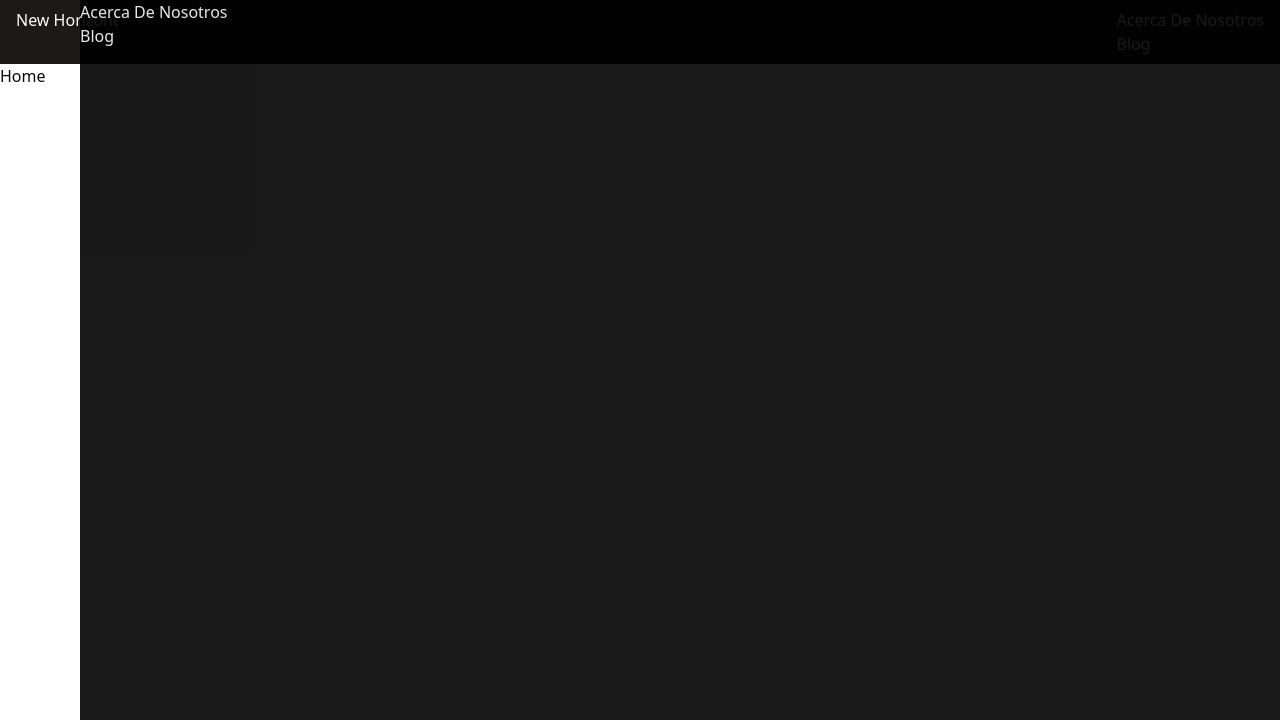
Repository: jefrydep/new-horizont-school
Page: /
The author's editor kept a copy of each file at every save. The page is drawn from the files as they stood at one save, then again after the next save.
The browser window is 1280 px wide. The pictures show the whole page.
The project was rebuilt for these pictures with package versions that can differ from the ones it lists, and the page was loaded fresh each time. The framework's server and built-in components were replaced by stand-ins that run in the browser. Also part of the build but not shown: next.config.ts.

Above is the page before, as saved 2024-11-07 18:15:13.

### src/app/layout.tsx
import type { Metadata } from "next";
import localFont from "next/font/local";
import "./globals.css";
import Navbar from "@/components/Navbar";
import { Button } from "@/components/ui/button";

const geistSans = localFont({
  src: "./fonts/GeistVF.woff",
  variable: "--font-geist-sans",
  weight: "100 900",
});
const geistMono = localFont({
  src: "./fonts/GeistMonoVF.woff",
  variable: "--font-geist-mono",
  weight: "100 900",
});

export const metadata: Metadata = {
  title: "Create Next App",
  description: "Generated by create next app",
};

export default function RootLayout({
  children,
}: Readonly<{
  children: React.ReactNode;
}>) {
  return (
    <html lang="en">
      <body
        className={`   ${geistSans.variable} ${geistMono.variable} antialiased`}
      >
        <Navbar />
        {children}
        <div className=" sm:hidden bg-white border flex justify-center py-3  absolute bottom-0 right-0 left-0">
          <Button className="bg-green-500">
            <span>w</span> Contacto
          </Button>
        </div>
        {/* <div className="absolute bg-red-400 bottom-0 left-1/2 transform -translate-x-1/2 mb-4">
          <Button>Contacto</Button>
        </div> */}
      </body>
    </html>
  );
}

### src/app/(new-horizont-school)/layout.tsx
// import type { Metadata } from "next";
// import localFont from "next/font/local";

import Navbar from "@/components/Navbar";

// const geistSans = localFont({
//   src: "./fonts/GeistVF.woff",
//   variable: "--font-geist-sans",
//   weight: "100 900",
// });
// const geistMono = localFont({
//   src: "./fonts/GeistMonoVF.woff",
//   variable: "--font-geist-mono",
//   weight: "100 900",
// });

// export const metadata: Metadata = {
//   title: "Create Next App",
//   description: "Generated by create next app",
// };

export default function SchoolLayout({
  children,
}: Readonly<{
  children: React.ReactNode;
}>) {
  return (
    <html lang="en">
      <body
      // className={`${geistSans.variable} ${geistMono.variable} antialiased`}
      >
        {children}
      </body>
    </html>
  );
}

### src/app/globals.css
@tailwind base;
@tailwind components;
@tailwind utilities;

/* :root {
  --background: #ffffff;
  --foreground: #171717;
}

@media (prefers-color-scheme: dark) {
  :root {
    --background: #0a0a0a;
    --foreground: #ededed;
  }
}

body {
  color: var(--foreground);
  background: var(--background);
  font-family: Arial, Helvetica, sans-serif;
} */
@layer base {
  :root {
    --background: 0 0% 100%;
    --foreground: 20 14.3% 4.1%;
    --card: 0 0% 100%;
    --card-foreground: 20 14.3% 4.1%;
    --popover: 0 0% 100%;
    --popover-foreground: 20 14.3% 4.1%;
    --primary: 24 9.8% 10%;
    --primary-foreground: 60 9.1% 97.8%;
    --secondary: 60 4.8% 95.9%;
    --secondary-foreground: 24 9.8% 10%;
    --muted: 60 4.8% 95.9%;
    --muted-foreground: 25 5.3% 44.7%;
    --accent: 60 4.8% 95.9%;
    --accent-foreground: 24 9.8% 10%;
    --destructive: 0 84.2% 60.2%;
    --destructive-foreground: 60 9.1% 97.8%;
    --border: 20 5.9% 90%;
    --input: 20 5.9% 90%;
    --ring: 20 14.3% 4.1%;
    --chart-1: 12 76% 61%;
    --chart-2: 173 58% 39%;
    --chart-3: 197 37% 24%;
    --chart-4: 43 74% 66%;
    --chart-5: 27 87% 67%;
    --radius: 0.5rem
  }
  .dark {
    --background: 20 14.3% 4.1%;
    --foreground: 60 9.1% 97.8%;
    --card: 20 14.3% 4.1%;
    --card-foreground: 60 9.1% 97.8%;
    --popover: 20 14.3% 4.1%;
    --popover-foreground: 60 9.1% 97.8%;
    --primary: 60 9.1% 97.8%;
    --primary-foreground: 24 9.8% 10%;
    --secondary: 12 6.5% 15.1%;
    --secondary-foreground: 60 9.1% 97.8%;
    --muted: 12 6.5% 15.1%;
    --muted-foreground: 24 5.4% 63.9%;
    --accent: 12 6.5% 15.1%;
    --accent-foreground: 60 9.1% 97.8%;
    --destructive: 0 62.8% 30.6%;
    --destructive-foreground: 60 9.1% 97.8%;
    --border: 12 6.5% 15.1%;
    --input: 12 6.5% 15.1%;
    --ring: 24 5.7% 82.9%;
    --chart-1: 220 70% 50%;
    --chart-2: 160 60% 45%;
    --chart-3: 30 80% 55%;
    --chart-4: 280 65% 60%;
    --chart-5: 340 75% 55%
  }
}
@layer base {
  * {
    @apply border-border;
  }
  body {
    @apply bg-background text-foreground;
  }
}

### src/components/Navbar.tsx
"use client";
import { Menu, X } from "lucide-react";
import Link from "next/link";

export default function Navbar() {
  return (
    <header className="bg-primary h-16">
      <div className="flex justify-between m-auto      container px-4 py-2  ">
        <div className="text-white">New Horizont</div>
        <nav className="outline-none hidden sm:block list-none">
          <li className="text-secondary">
            <Link href={"/about"}>Acerca De Nosotros</Link>
          </li>
          <li className="text-secondary">
            <Link href={"/blog"}>Blog</Link>
          </li>
        </nav>
        <nav className="outline-none absolute flex flex-col top-0 bottom-0 right-0 left-20  bg-black opacity-90 z-30  list-none">
          <li className="text-white">
            <Link href={"/about"}>Acerca De Nosotros</Link>
          </li>
          <li className="text-white">
            <Link href={"/blog"}>Blog</Link>
          </li>
        </nav>
        <div className="  sm:hidden">
          <Menu color="white" size={45} />
        </div>

        <div className=" z-40  sm:hidden">
          <X color="white" size={45} />
        </div>
        {/* <li className="text-secondary">
            <Link href={"/about"}>About</Link>
          </li> */}
      </div>
    </header>
  );
}

### src/components/ui/button.tsx
import * as React from "react"
import { Slot } from "@radix-ui/react-slot"
import { cva, type VariantProps } from "class-variance-authority"

import { cn } from "@/lib/utils"

const buttonVariants = cva(
  "inline-flex items-center justify-center gap-2 whitespace-nowrap rounded-md text-sm font-medium transition-colors focus-visible:outline-none focus-visible:ring-1 focus-visible:ring-ring disabled:pointer-events-none disabled:opacity-50 [&_svg]:pointer-events-none [&_svg]:size-4 [&_svg]:shrink-0",
  {
    variants: {
      variant: {
        default:
          "bg-primary text-primary-foreground shadow hover:bg-primary/90",
        destructive:
          "bg-destructive text-destructive-foreground shadow-sm hover:bg-destructive/90",
        outline:
          "border border-input bg-background shadow-sm hover:bg-accent hover:text-accent-foreground",
        secondary:
          "bg-secondary text-secondary-foreground shadow-sm hover:bg-secondary/80",
        ghost: "hover:bg-accent hover:text-accent-foreground",
        link: "text-primary underline-offset-4 hover:underline",
      },
      size: {
        default: "h-9 px-4 py-2",
        sm: "h-8 rounded-md px-3 text-xs",
        lg: "h-10 rounded-md px-8",
        icon: "h-9 w-9",
      },
    },
    defaultVariants: {
      variant: "default",
      size: "default",
    },
  }
)

export interface ButtonProps
  extends React.ButtonHTMLAttributes<HTMLButtonElement>,
    VariantProps<typeof buttonVariants> {
  asChild?: boolean
}

const Button = React.forwardRef<HTMLButtonElement, ButtonProps>(
  ({ className, variant, size, asChild = false, ...props }, ref) => {
    const Comp = asChild ? Slot : "button"
    return (
      <Comp
        className={cn(buttonVariants({ variant, size, className }))}
        ref={ref}
        {...props}
      />
    )
  }
)
Button.displayName = "Button"

export { Button, buttonVariants }

Loaded but not shown: src/app/(new-horizont-school)/page.tsx (common file); src/lib/utils.ts (common file); tailwind.config.ts (common file)

After the next save:
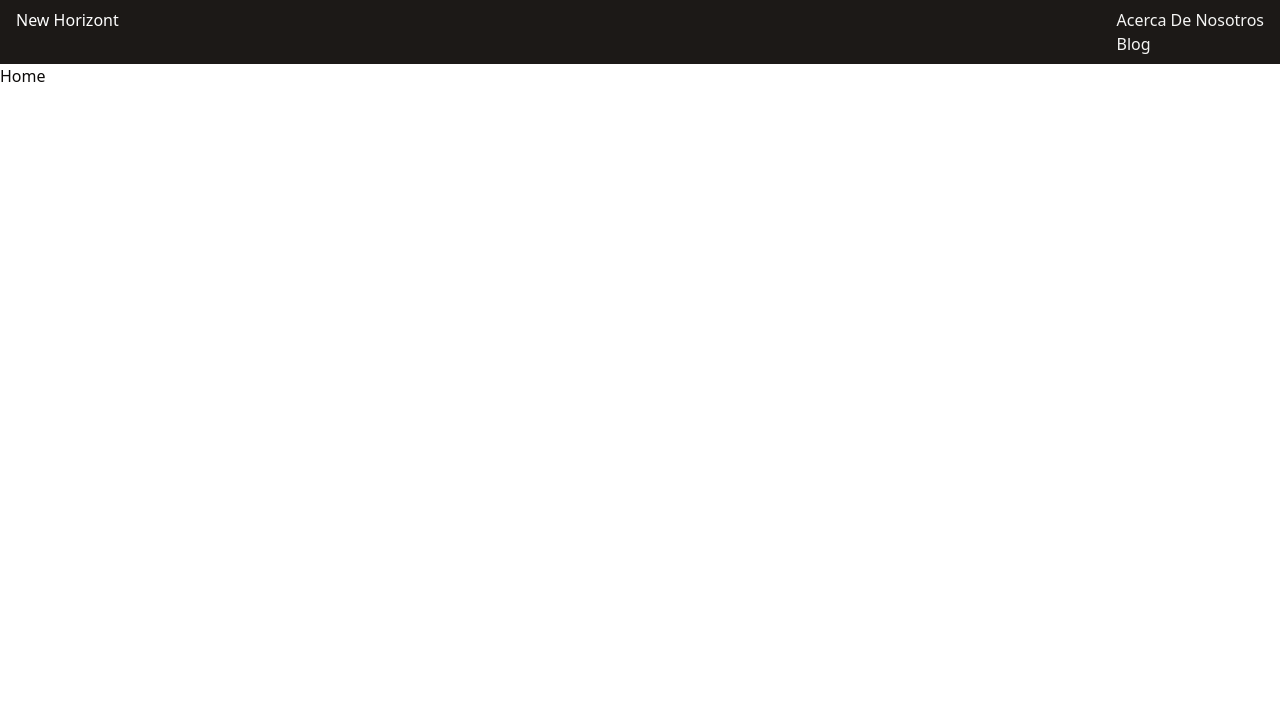
Saved 2 min 14 s later.
--- a/src/components/Navbar.tsx
+++ b/src/components/Navbar.tsx
@@ -1,8 +1,11 @@
 "use client";
 import { Menu, X } from "lucide-react";
 import Link from "next/link";
+import { useState } from "react";
 
 export default function Navbar() {
+  const [isOpen, setIsOpen] = useState<Boolean>(false);
+
   return (
     <header className="bg-primary h-16">
       <div className="flex justify-between m-auto      container px-4 py-2  ">
@@ -15,21 +18,25 @@ export default function Navbar() {
             <Link href={"/blog"}>Blog</Link>
           </li>
         </nav>
-        <nav className="outline-none absolute flex flex-col top-0 bottom-0 right-0 left-20  bg-black opacity-90 z-30  list-none">
-          <li className="text-white">
-            <Link href={"/about"}>Acerca De Nosotros</Link>
-          </li>
-          <li className="text-white">
-            <Link href={"/blog"}>Blog</Link>
-          </li>
-        </nav>
+        {isOpen && (
+          <>
+            <nav className="outline-none absolute flex flex-col top-0 bottom-0 right-0 left-20  bg-black opacity-90 z-30  list-none">
+              <li className="text-white">
+                <Link href={"/about"}>Acerca De Nosotros</Link>
+              </li>
+              <li className="text-white">
+                <Link href={"/blog"}>Blog</Link>
+              </li>
+            </nav>
+            <div className=" z-40  sm:hidden">
+              <X color="white" size={45} />
+            </div>
+          </>
+        )}
         <div className="  sm:hidden">
           <Menu color="white" size={45} />
         </div>
 
-        <div className=" z-40  sm:hidden">
-          <X color="white" size={45} />
-        </div>
         {/* <li className="text-secondary">
             <Link href={"/about"}>About</Link>
           </li> */}
